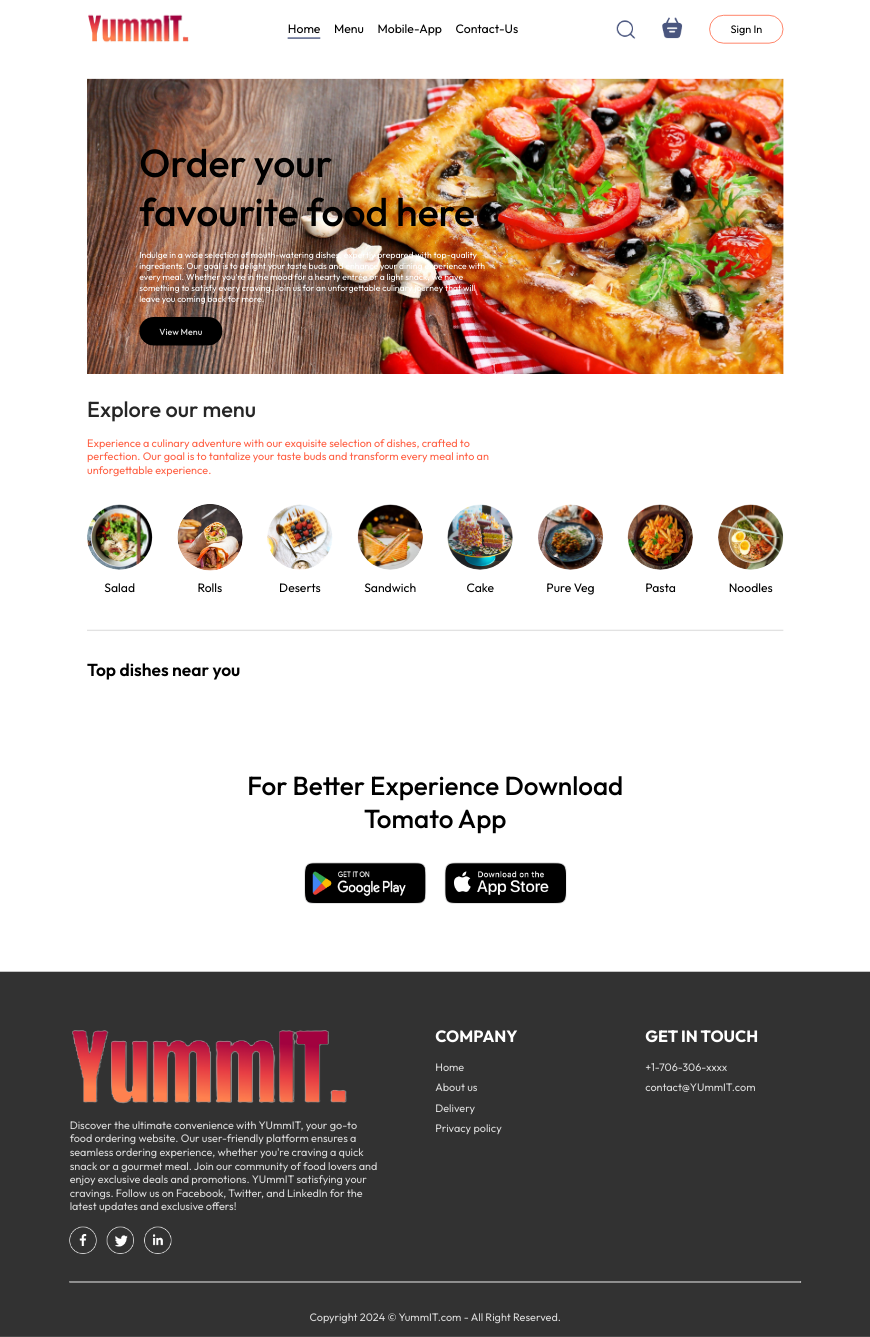
Repository: RiteshDumpala/FoodDelivery_website
Page: / (app in food-del/frontend/)
An editor plug-in stored every save of this project. The page is shown before and after the next save, followed by the edit.
The browser window is 1280 px wide. The pictures show the whole page, at 68% of full size.
The page's requests for data from a server got no answer. The project was rebuilt for these pictures with package versions that can differ from the ones it lists, and the page was loaded fresh each time. No one was signed in, and anything a server would have sent is missing. Also part of the build but not shown: food-del/frontend/vite.config.js, food-del/frontend/src/components/FoodItem/FoodItem.css, food-del/frontend/src/components/FoodItem/FoodItem.jsx, food-del/frontend/src/pages/Cart/Cart.css, food-del/frontend/src/pages/Cart/Cart.jsx, food-del/frontend/src/components/LoginPopup/LoginPopup.css, food-del/frontend/src/components/LoginPopup/LoginPopup.jsx, food-del/frontend/src/pages/PlaceOrder/PlaceOrder.css and 5 more.

Above is the page before, as saved 2024-12-02 13:40:43.

### food-del/frontend/index.html
<!doctype html>
<html lang="en">
  <head>
    <meta charset="UTF-8" />
    <link rel="icon" type="image/svg+xml" href="/vite.svg" />
    <meta name="viewport" content="width=device-width, initial-scale=1.0" />
    <title>YummIT</title>
  </head>
  <body>
    <div id="root"></div>
    <script type="module" src="/src/main.jsx"></script>
  </body>
</html>

### food-del/frontend/src/Context/StoreContext.jsx
import { createContext, useEffect, useState } from "react";
import { food_list, menu_list } from "../assets/assets";
import axios from "axios";
export const StoreContext = createContext(null);

const StoreContextProvider = (props) => {

    const url = "http://localhost:4000"
    const [food_list, setFoodList] = useState([]);
    const [cartItems, setCartItems] = useState({});
    const [token, setToken] = useState("")
    const currency = "$";
    const deliveryCharge = 5;

    const addToCart = async (itemId) => {
        if (!cartItems[itemId]) {
            setCartItems((prev) => ({ ...prev, [itemId]: 1 }));
        }
        else {
            setCartItems((prev) => ({ ...prev, [itemId]: prev[itemId] + 1 }));
        }
        if (token) {
            await axios.post(url + "/api/cart/add", { itemId }, { headers: { token } });
        }
    }

    const removeFromCart = async (itemId) => {
        setCartItems((prev) => ({ ...prev, [itemId]: prev[itemId] - 1 }))
        if (token) {
            await axios.post(url + "/api/cart/remove", { itemId }, { headers: { token } });
        }
    }

    const getTotalCartAmount = () => {
        let totalAmount = 0;
        for (const item in cartItems) {
            try {
              if (cartItems[item] > 0) {
                let itemInfo = food_list.find((product) => product._id === item);
                totalAmount += itemInfo.price * cartItems[item];
            }
            } catch (error) {

            }

        }
        return totalAmount;
    }

    const fetchFoodList = async () => {
        const response = await axios.get(url + "/api/food/list");
        setFoodList(response.data.data)
    }

    const loadCartData = async (token) => {
        const response = await axios.post(url + "/api/cart/get", {}, { headers: token });
        setCartItems(response.data.cartData);
    }

    useEffect(() => {
        async function loadData() {
            await fetchFoodList();
            if (localStorage.getItem("token")) {
                setToken(localStorage.getItem("token"))
                await loadCartData({ token: localStorage.getItem("token") })
            }
        }
        loadData()
    }, [])

    const contextValue = {
        url,
        food_list,
        menu_list,
        cartItems,
        addToCart,
        removeFromCart,
        getTotalCartAmount,
        token,
        setToken,
        loadCartData,
        setCartItems,
        currency,
        deliveryCharge
    };

    return (
        <StoreContext.Provider value={contextValue}>
            {props.children}
        </StoreContext.Provider>
    )

}

export default StoreContextProvider;

### food-del/frontend/src/components/Footer/Footer.jsx
import React from 'react'
import './Footer.css'
import { assets } from '../../assets/assets'

const Footer = () => {
  return (
    <div className='footer' id='footer'>
      <div className="footer-content">
        <div className="footer-content-left">
            <img src={assets.logo} alt="" />
            <p>Discover the ultimate convenience with YUmmIT, your go-to food ordering website. Our user-friendly platform ensures a seamless ordering experience, whether you're craving a quick snack or a gourmet meal. Join our community of food lovers and enjoy exclusive deals and promotions. YUmmIT satisfying your cravings.
            Follow us on Facebook, Twitter, and LinkedIn for the latest updates and exclusive offers!
            </p>
            <div className="footer-social-icons">
                <img src={assets.facebook_icon} alt="" />
                <img src={assets.twitter_icon} alt="" />
                <img src={assets.linkedin_icon} alt="" />
            </div>
        </div>
        <div className="footer-content-center">
            <h2>COMPANY</h2>
            <ul>
                <li>Home</li>
                <li>About us</li>
                <li>Delivery</li>
                <li>Privacy policy</li>
            </ul>
        </div>
        <div className="footer-content-right">
            <h2>GET IN TOUCH</h2>
            <ul>
                <li>+1-706-306-xxxx</li>
                <li>contact@YUmmIT.com</li>
            </ul>
        </div>
      </div>
      <hr />
      <p className="footer-copyright">Copyright 2024 © YummIT.com - All Right Reserved.</p>
    </div>
  )
}

export default Footer

### food-del/frontend/src/components/Navbar/Navbar.jsx
import React, { useContext, useEffect, useState } from 'react'
import './Navbar.css'
import { assets } from '../../assets/assets'
import { Link, useNavigate } from 'react-router-dom'
import { StoreContext } from '../../Context/StoreContext'

const Navbar = ({ setShowLogin }) => {

  const [menu, setMenu] = useState("home");
  const { getTotalCartAmount, token ,setToken } = useContext(StoreContext);
  const navigate = useNavigate();

  const logout = () => {
    localStorage.removeItem("token");
    setToken("");
    navigate('/')
  }

  return (
    <div className='navbar'>
      <Link to='/'><img className='logo' src={assets.logo} alt="" /></Link>
      <ul className="navbar-menu">
        <Link to="/" onClick={() => setMenu("home")} className={`${menu === "home" ? "active" : ""}`}>Home</Link>
        <a href='#explore-menu' onClick={() => setMenu("menu")} className={`${menu === "menu" ? "active" : ""}`}>Menu</a>
        <a href='#app-download' onClick={() => setMenu("mob-app")} className={`${menu === "mob-app" ? "active" : ""}`}>Mobile-App</a>
        <a href='#footer' onClick={() => setMenu("contact")} className={`${menu === "contact" ? "active" : ""}`}>Contact-Us</a>
      </ul>
      <div className="navbar-right">
        <img src={assets.search_icon} alt="" />
        <Link to='/cart' className='navbar-search-icon'>
          <img src={assets.basket_icon} alt="" />
          <div className={getTotalCartAmount() > 0 ? "dot" : ""}></div>
        </Link>
        {!token ? <button onClick={() => setShowLogin(true)}>Sign In</button>
          : <div className='navbar-profile'>
            <img src={assets.profile_icon} alt="" />
            <ul className='navbar-profile-dropdown'>
              <li onClick={()=>navigate('/myorders')}> <img src={assets.bag_icon} alt="" /> <p>Orders</p></li>
              <hr />
              <li onClick={logout}> <img src={assets.logout_icon} alt="" /> <p>Logout</p></li>
            </ul>
          </div>
        }

      </div>
    </div>
  )
}

export default Navbar

### food-del/frontend/src/components/Header/Header.jsx
import React from 'react'
import './Header.css'

const Header = () => {
    return (
        <div className='header'>
            <div className='header-contents'>
                <h2>Order your favourite food here</h2>
                <p>Indulge in a wide selection of mouth-watering dishes, expertly prepared with top-quality ingredients. Our goal is to delight your taste buds and enhance your dining experience with every meal. Whether you're in the mood for a hearty entrée or a light snack, we have something to satisfy every craving. Join us for an unforgettable culinary journey that will leave you coming back for more.</p>
                <button>View Menu</button>
            </div>
        </div>
    )
}

export default Header

### food-del/frontend/src/components/ExploreMenu/ExploreMenu.jsx
import React, { useContext } from 'react'
import './ExploreMenu.css'
import { StoreContext } from '../../Context/StoreContext'

const ExploreMenu = ({category,setCategory}) => {

  const {menu_list} = useContext(StoreContext);

  return (
    <div className='explore-menu' id='explore-menu'>
      <h1>Explore our menu</h1>
      <p className='explore-menu-text'>Experience a culinary adventure with our exquisite selection of dishes, crafted to perfection. Our goal is to tantalize your taste buds and transform every meal into an unforgettable experience.</p>
      <div className="explore-menu-list">
        {menu_list.map((item,index)=>{
            return (
                <div onClick={()=>setCategory(prev=>prev===item.menu_name?"All":item.menu_name)} key={index} className='explore-menu-list-item'>
                    <img src={item.menu_image} className={category===item.menu_name?"active":""} alt="" />
                    <p>{item.menu_name}</p>
                </div>
            )
        })}
      </div>
      <hr />
    </div>
  )
}

export default ExploreMenu

### food-del/frontend/src/components/FoodDisplay/FoodDisplay.jsx
import React, { useContext } from 'react'
import './FoodDisplay.css'
import FoodItem from '../FoodItem/FoodItem'
import { StoreContext } from '../../Context/StoreContext'

const FoodDisplay = ({category}) => {

  const {food_list} = useContext(StoreContext);

  return (
    <div className='food-display' id='food-display'>
      <h2>Top dishes near you</h2>
      <div className='food-display-list'>
        {food_list.map((item)=>{
          if (category==="All" || category===item.category) {
            return <FoodItem key={item._id} image={item.image} name={item.name} desc={item.description} price={item.price} id={item._id}/>
          }
        })}
      </div>
    </div>
  )
}

export default FoodDisplay

### food-del/frontend/src/components/Footer/Footer.css
.footer{
    color: #D9D9D9;
    background-color: #323232;
    display: flex;
    flex-direction: column;
    align-items: center;
    gap: 20px;
    padding: 20px 8vw;
    padding-top: 80px;
}
.footer-content{
    width: 100%;
    display: grid;
    grid-template-columns: 2fr 1fr 1fr;
    gap: 80px;
}
.footer-content-left , .footer-content-center , .footer-content-right {
    display: flex;
    flex-direction: column;
    align-items: start;
    gap: 20px;
}
.footer-content-left ul li, .footer-content-center ul li, .footer-content-right ul li{
    margin-bottom: 10px;
    list-style: none;
}
.footer-content-left h2, .footer-content-center h2, .footer-content-right h2{
    color: white;
}
.footer-social-icons img{
    width: 40px;
}
.footer-social-icons{
    display: flex;
    gap: 15px;
}
.footer li{
    cursor: pointer;
}
.footer hr{
    width: 100%;
    height: 2px;
    margin: 20px 0px;
}
@media (max-width:750px) {
    .footer-content{
        display: flex;
        flex-direction: column;
        gap: 35px;
    }
    .footer-copyright{
        text-align: center;
    }
}

### food-del/frontend/src/components/Navbar/Navbar.css
.navbar {
    padding: 20px 0px;
    display: flex;
    justify-content: space-between;
    align-items: center;
}

.navbar .logo {
    width: 150px;
}

.navbar-menu {
    display: flex;
    list-style: none;
    gap: 20px;
    color: #000000;
    font-size: 18px;
}

.navbar-menu .active {
    padding-bottom: 2px;
    border-bottom: 2px solid #49557E;
}

.navbar-right {
    display: flex;
    align-items: center;
    gap: 40px;
}

.navbar-search-icon{
position: relative;
}

.navbar-search-icon .dot{
    position: absolute;
    min-width: 10px;
    min-height: 10px;
    background-color: #FF4C24;
    border-radius: 5px;
    top: -8px;
    right: -8px;
}

.navbar-right button {
    background: transparent;
    font-size: 16px;
    color: #000000;
    border: 1px solid #FF4C24;
    padding: 10px 30px;
    border-radius: 50px;
    cursor: pointer;
    transition: 0.3s;
}

.navbar-right button:hover {
    background: #fff4f2;
}

.navbar-profile{
    position: relative;

}
.navbar-profile-dropdown{
    position: absolute;
    display: none;
    right: 0;
    z-index: 1;
}
.navbar-profile-dropdown li{
    display: flex;
    align-items: center;
    gap: 10px;
    cursor: pointer;
}
.navbar-profile-dropdown img{
    width: 20px;
}
.navbar-profile-dropdown li:hover{
    color: #FF4C24;
}
.navbar-profile:hover .navbar-profile-dropdown{
    display: flex;
    flex-direction: column;
    gap: 10px;
    background-color: #fff2ef;
    padding: 12px 25px;
    border-radius: 4px;
    border: 1px solid tomato;
    outline: 2px solid white;
    list-style: none;
}
.navbar-profile hr{
    background-color: gray;
    height: 1px;
    border: none;
}
@media (max-width:1050px) {
    .navbar .logo {
        width: 140px;
    }

    .navbar-menu {
        gap: 20px;
        font-size: 17px;
    }

    .navbar-right {
        gap: 30px;
    }

    .navbar-right img {
        width: 22px;
    }

    .navbar-right button {
        padding: 8px 25px;
    }
}

@media (max-width:900px) {
    .navbar .logo {
        width: 120px;
    }

    .navbar-menu {
        gap: 15px;
        font-size: 16px;
    }

    .navbar-right {
        gap: 20px;
    }

    .navbar-right img {
        width: 20px;
    }

    .navbar-right button {
        font-size: 15px;
        padding: 7px 20px;
    }
}

@media (max-width:750px) {
    .navbar-menu {
        display: none;
    }
}

### food-del/frontend/src/components/Header/Header.css
.header{
    height: 34vw;
    margin: 30px auto;
    background: url('/header_img.png') no-repeat;
    background-size:contain;
    position: relative;
}
.header-contents{
    position: absolute;
    display: flex;
    flex-direction: column;
    align-items: start;
    gap: 1.5vw;
    max-width: 50%;
    bottom: 10%;
    left: 6vw;
    animation: fadeIn 3s;
}
.header-contents h2{
    font-weight:500;
    color: black;
    font-size: max(4.5vw,22px);
}
.header-contents p{
    color: white;
    font-size: 1vw;
}
.header-contents button{
    border: none;
    color: #dadada;
    font-weight: 500;
    padding: 1vw 2.3vw;
    background: black;
    font-size: max(1vw,13px);
    border-radius: 50px;
}
@media (max-width:1050px) {
    .header{
        height: 38vw;
    }
    .header-contents{
        max-width: 45%;
    }
}
@media(max-width:750px){
    .header-contents{
        max-width: 55%;
    }
    .header-contents p{
       display: none;
    }
    .header-contents button{
        padding: 2vw 4vw;
    }
}

### food-del/frontend/src/components/ExploreMenu/ExploreMenu.css
.explore-menu{
    display: flex;
    flex-direction: column;
    gap: 20px;
}
.explore-menu h1{
    color: #262626;
    font-weight: 500;
}
.explore-menu-text{
    max-width: 60%;
    color: tomato;
}
.explore-menu-list{
    display: flex;
    justify-content: space-between;
    align-items: center;
    gap: 30px;
    text-align: center;
    margin: 20px 0px;
    overflow-x: scroll;
}
.explore-menu-list::-webkit-scrollbar{
    display: none;
}
.explore-menu-list-item img{
    width: 7.5vw;
    min-width: 80px;
    cursor: pointer;
    border-radius: 50%;
    transition: 0.2s;
}
.explore-menu-list-item .active{
    border: 4px solid rgb(255, 69, 36);
    padding: 2px;
}
.explore-menu-list-item p{
    margin-top: 10px;
    color: #000000;
    font-size: max(1.4vw,16px);
    cursor: pointer;
}
.explore-menu hr{
    margin: 10px 0px;
    height: 2px;
    background-color: #E2E2E2;
    border: none;
}
@media (max-width:1050px) {
    .explore-menu-text{
        max-width: 100%;
        font-size: 14px;
    }
}

Loaded but not shown: food-del/frontend/src/main.jsx (common file); food-del/frontend/src/App.jsx (common file); food-del/frontend/src/index.css (common file); food-del/frontend/src/pages/Home/Home.jsx (common file); food-del/frontend/src/components/AppDownload/AppDownload.jsx (common file); food-del/frontend/src/components/FoodDisplay/FoodDisplay.css (common file); food-del/frontend/src/components/AppDownload/AppDownload.css (common file); food-del/frontend/src/assets/assets.js (354 lines, source omitted)

After the next save:
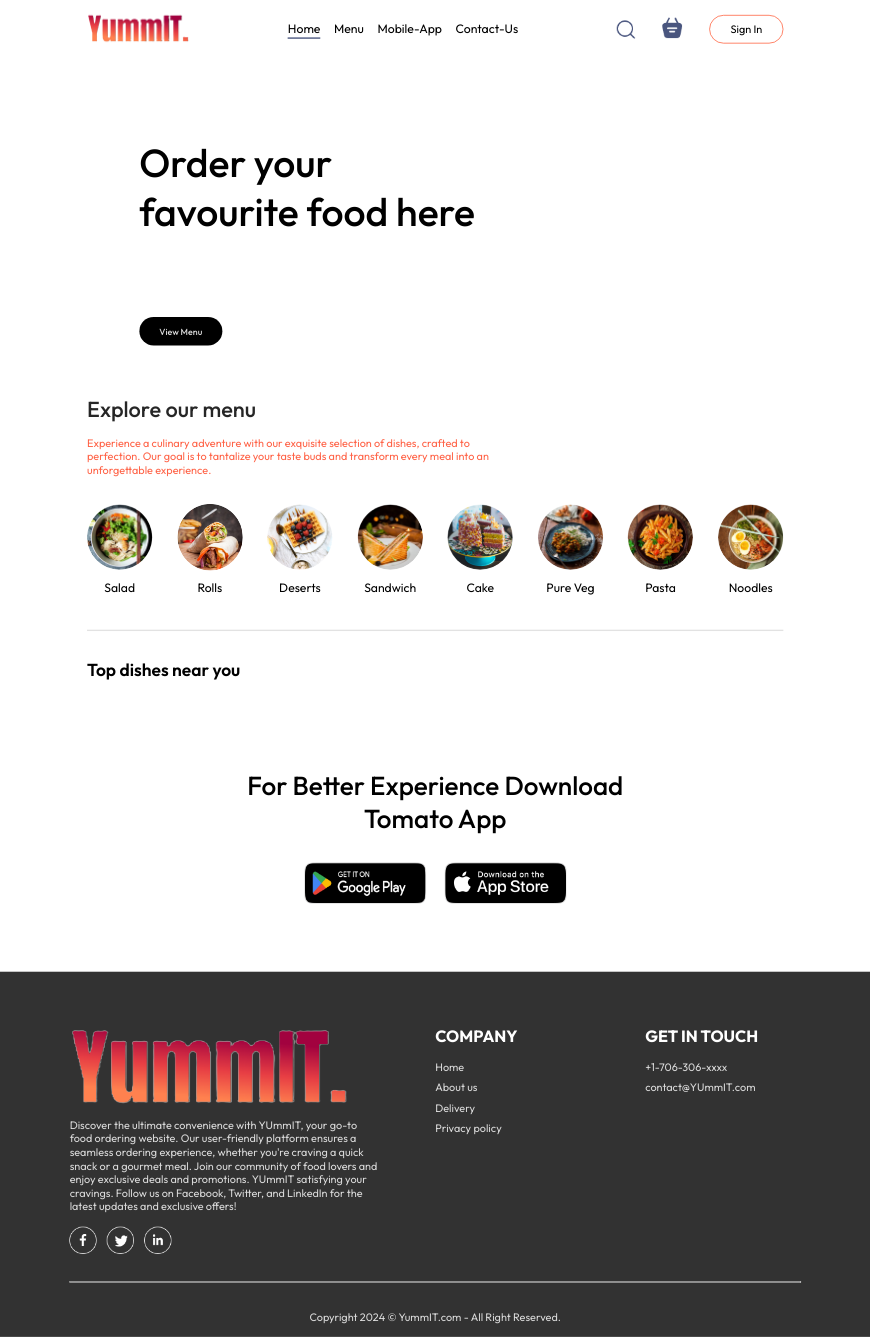
Saved 10 min 51 s later.
--- a/food-del/frontend/src/components/Header/Header.css
+++ b/food-del/frontend/src/components/Header/Header.css
@@ -1,7 +1,6 @@
 .header{
     height: 34vw;
     margin: 30px auto;
-    background: url('/header_img.png') no-repeat;
     background-size:contain;
     position: relative;
 }
